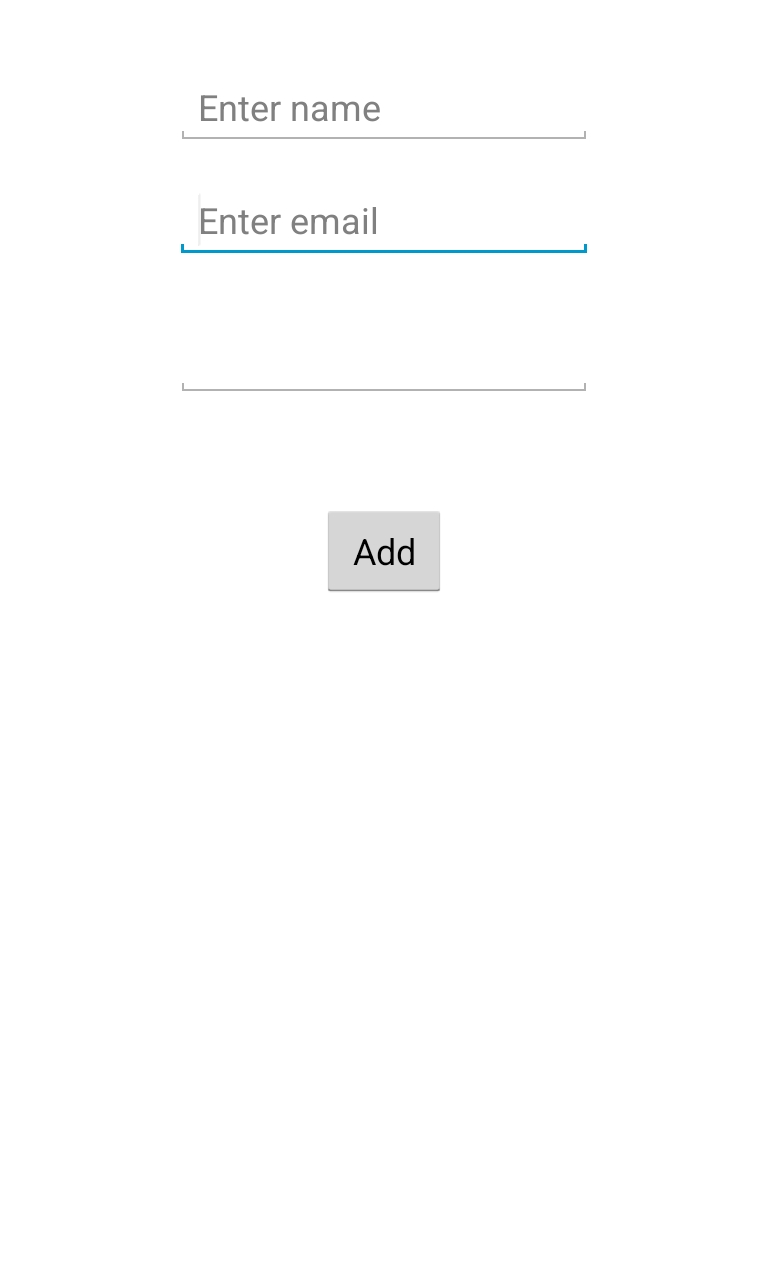
Repository: Joshiatt/IndustryOriented_MiniProject
Layout: App Data/DatabaseSmaple2/res/layout/activity_main.xml
An editor plug-in stored every save of this project. The layout is shown before and after the next save, followed by the edit.
It is drawn on a 768 x 1280 px phone screen (xhdpi) without system bars, with theme AppTheme; the app's code is not run.

Above is the layout before, as saved 2018-05-31 05:32:02.

After the next save:
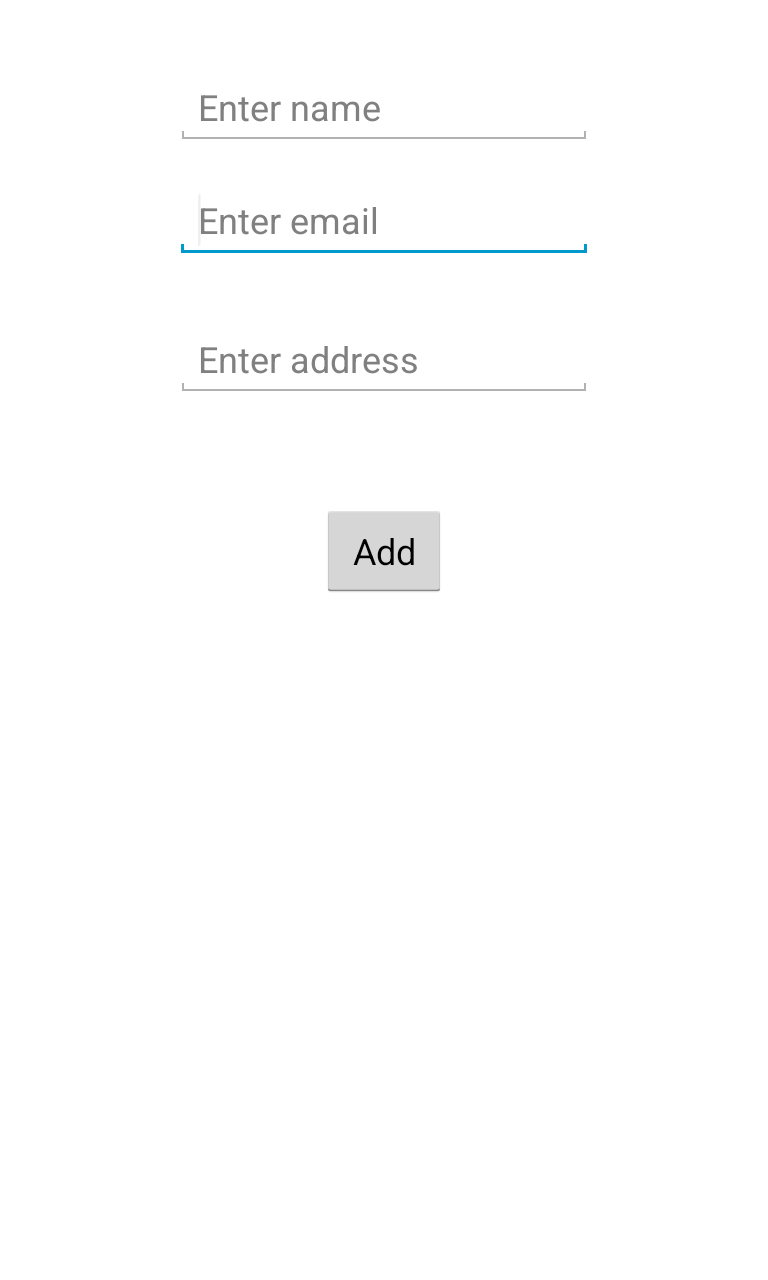
Saved 12 s later.
--- a/App Data/DatabaseSmaple2/res/layout/activity_main.xml
+++ b/App Data/DatabaseSmaple2/res/layout/activity_main.xml
@@ -46,6 +46,7 @@
         android:layout_centerHorizontal="true"
         android:layout_marginTop="30dp"
         android:ems="10"
-        android:inputType="textPersonName" />
+        android:inputType="textPersonName"
+        android:hint="Enter address"/>
 
 </RelativeLayout>
